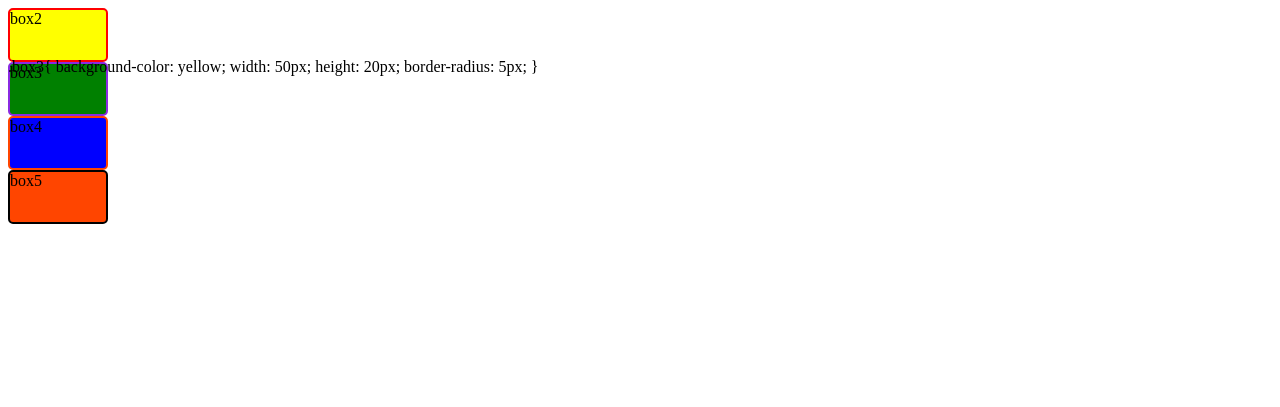
Repository: ABDUSALIMSUBAHIELBASHI/full-html-css-js
Page: Desktop/coding/css/indexday2.html
These files come from the project's save history. The page is drawn as it stood at one moment and after the next save; the edit follows.
The browser window is 1280 px wide. The pictures show the whole page.

Above is the page before, as saved 2025-09-16 11:02:59.

After the next save:
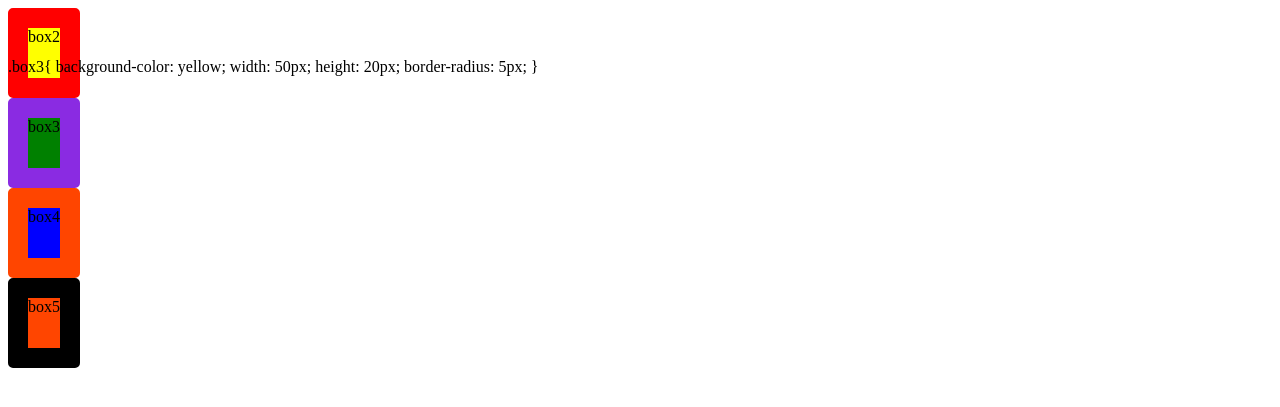
Saved 29 s later.
--- a/Desktop/coding/css/indexday2.css
+++ b/Desktop/coding/css/indexday2.css
@@ -7,36 +7,36 @@
     align-items: center;
 }
 #box{
-    width: 100px;
+    width: 50px;
     height: 50px;
 }
 .box2{
     background-color: yellow;
-    width: 100px;
+    width: 50px;
     height: 50px;
     border-radius: 5px;
-    border: 2px solid red;
+    border: 20px solid red;
 }
 .box3{
  background-color:green;
-    width: 100px;
+    width: 50px;
     height: 50px;
     border-radius: 5px;
-    border: 2px solid blueviolet;
+    border: 20px solid blueviolet;
 }
 
 .box4{
  background-color: blue;
-    width: 100px;
+    width: 50px;
     height: 50px;
     border-radius: 5px;
-    border: 2px solid orangered;
+    border: 20px solid orangered;
 }
 
 .box5{
  background-color: orangered;
-    width: 100px;
+    width: 50px;
     height: 50px;
     border-radius: 5px;
-    border: 2px solid black;
+    border: 20px solid black;
 }
